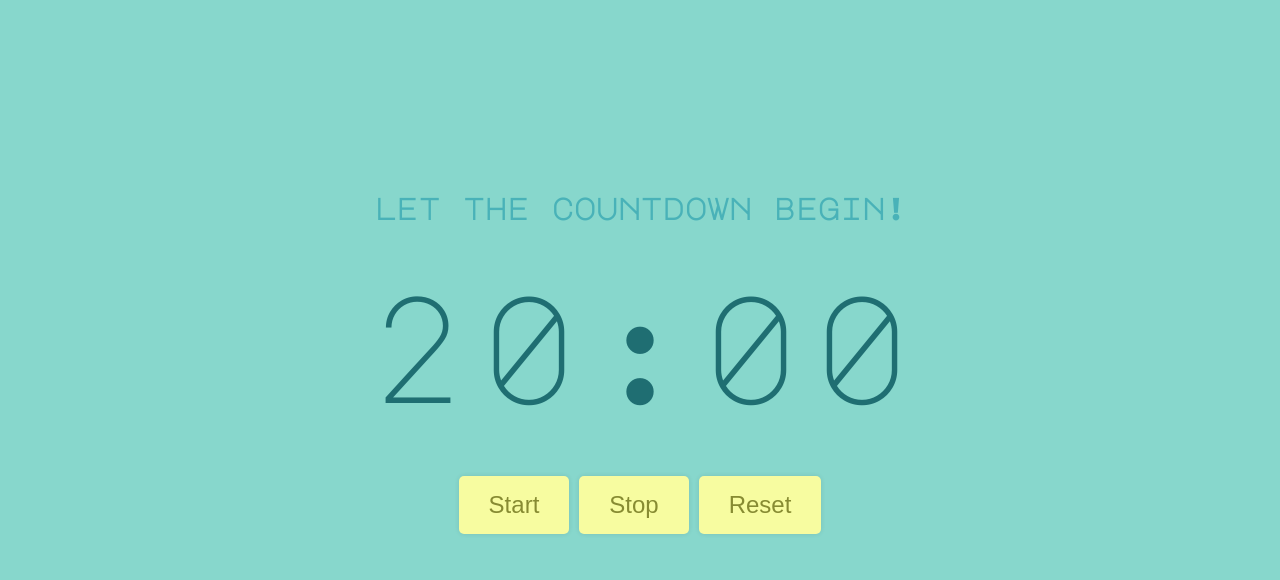
Repository: realistmccoy/pomodoro
Page: /
An editor plug-in stored every save of this project. The page is shown before and after the next save, followed by the edit.
The browser window is 1280 px wide. The pictures show the whole page.
The project was rebuilt for these pictures with package versions that can differ from the ones it lists, and the page was loaded fresh each time.

Above is the page before, as saved 2020-12-10 00:38:04.

### src/App.js
import React, { useState, useRef } from 'react';
import './App.css';
import { Button } from '@material-ui/core';

function padTime(time) {
	return time.toString().padStart(2, '0');
}

export default function App() {
	const [title, setTitle] = useState('let the countdown begin!');
	const [timeLeft, setTimeLeft] = useState(20 * 60);
	const intervalRef = useRef(null);

	function startTimer() {
		intervalRef.current = setInterval(() => {
			setTimeLeft((timeLeft) => {
				if (timeLeft >= 1) return timeLeft - 1;

				return 0;
			});
		}, 1000);
	}

	function stopTimer() {
		clearInterval(intervalRef.current);
		console.log(intervalRef.current);
	}

	const minutes = padTime(Math.floor(timeLeft / 60));
	const seconds = padTime(timeLeft - minutes * 60);

	return (
		<div className='app'>
			<h2>{title}</h2>

			<div className='timer'>
				<span>{minutes}</span>
				<span>:</span>
				<span>{seconds}</span>
			</div>

			<div className='buttons'>
				<button onClick={startTimer}>Start</button>
				<button onClick={stopTimer}>Stop</button>
				<button>Reset</button>
			</div>
		</div>
	);
}

### src/App.css
@import url('https://fonts.googleapis.com/css2?family=Major+Mono+Display&display=swap');

* {
  box-sizing: border-box;
}

body {
  padding: 0;
  margin: 0;
  font-family: 'Major Mono Display', monospace;
  line-height: 1.5;
}

.app {
  min-height: 100vh;
  padding-left: 20px;
  padding-right: 20px;
  display: flex;
  flex-direction: column;
  align-items: center;
  justify-content: center;
  background: #87d7cc;
  color: #2c888d;
}

h2 {
  color: #49b2b8;
  font-size: 30px;
  text-align: center;
  margin: 0;
}

.timer {
  color: #1f6e72;
  font-size: 150px;
  margin-bottom: 20px;
}

.buttons button {
  outline: none;
  border: none;
  font-size: 24px;
  background: #f7fca0;
  color: #878b32;
  border-radius: 5px;
  box-shadow: 0 0 5px rgba(0, 0, 0, 0.1);
  padding: 15px 30px;
  cursor: pointer;
  transition: 0.3s ease all;
}

.buttons button:hover {
  border-radius: 10px;
  background: #f5f8ca;
  box-shadow: 0 0 10px rgba(0, 0, 0, 0.15);
  transform: translateY(-2px);
}

.buttons button:not(:last-child) {
  margin-right: 10px;
}

@media (max-width: 780px) {
  h2 {
    font-size: 22px;
  }

  .timer {
    font-size: 80px;
  }

  .buttons button {
    font-size: 18px;
  }
}

Loaded but not shown: public/index.html (common file); src/index.js (common file)

After the next save:
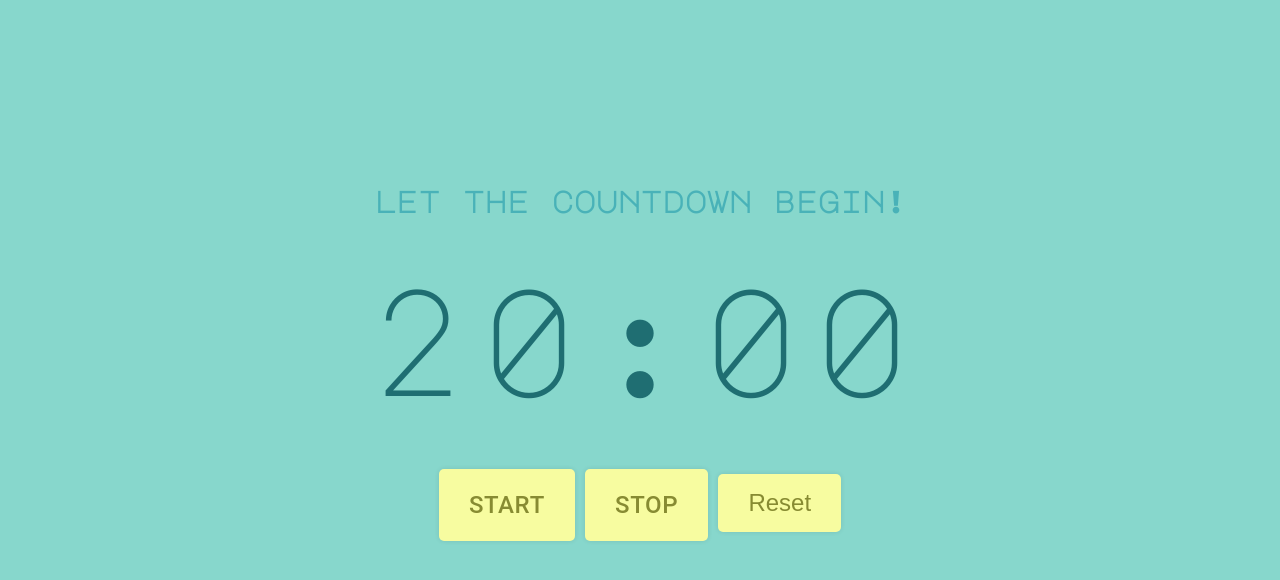
Saved 57 s later.
--- a/src/App.js
+++ b/src/App.js
@@ -40,8 +40,8 @@ export default function App() {
 			</div>
 
 			<div className='buttons'>
-				<button onClick={startTimer}>Start</button>
-				<button onClick={stopTimer}>Stop</button>
+				<Button onClick={startTimer}>Start</Button>
+				<Button onClick={stopTimer}>Stop</Button>
 				<button>Reset</button>
 			</div>
 		</div>
